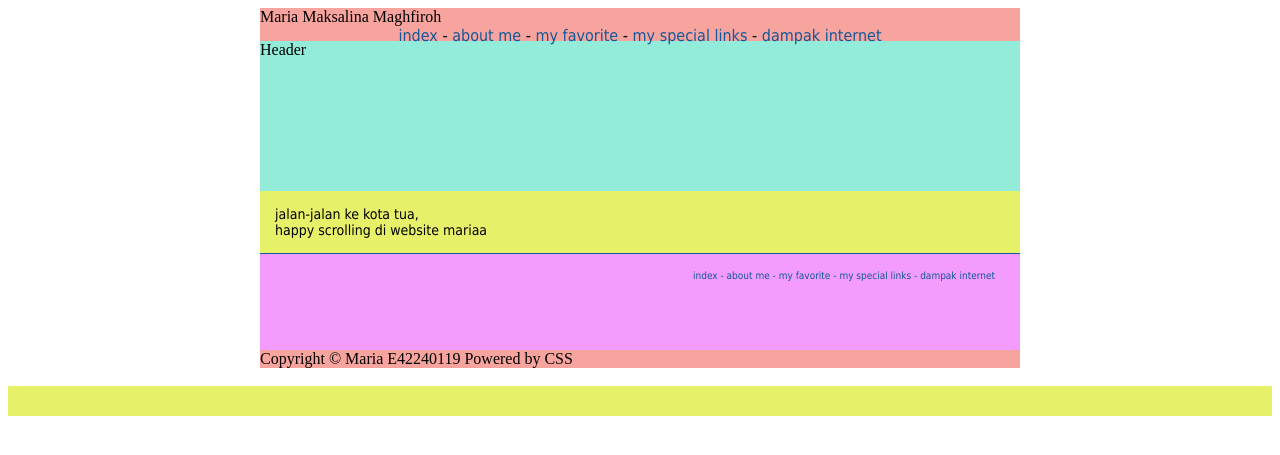
Repository: Bearli-py/latihan_bisdig
Page: index.html
An editor plug-in stored every save of this project. The page is shown before and after the next save, followed by the edit.
The browser window is 1280 px wide. The pictures show the whole page.

Above is the page before, as saved 2025-09-09 16:24:40.

After the next save:
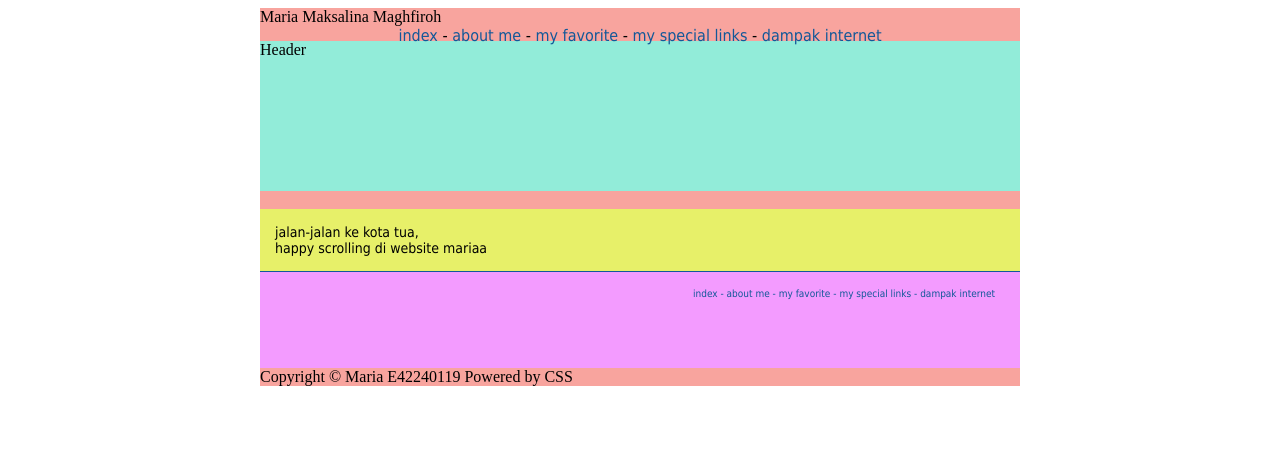
Saved 111 s later.
--- a/index.html
+++ b/index.html
@@ -16,6 +16,7 @@
             <a
             href="dampak.html">dampak internet</a></div>
         <div id="header">Header</div>
+        <div id="side_bar">&nbsp;</div>
         <div id="content">jalan-jalan ke kota tua,<br />
             happy scrolling di website mariaa</div>
         <div id="footer"><div id="altnav">
@@ -29,8 +30,6 @@
         </div>
             Copyright &copy; Maria E42240119 Powered by CSS</div>
             </div>
-    <div id="side_bar">&nbsp;</div>
-    <div id="content">
 
 </body>
 </html>
